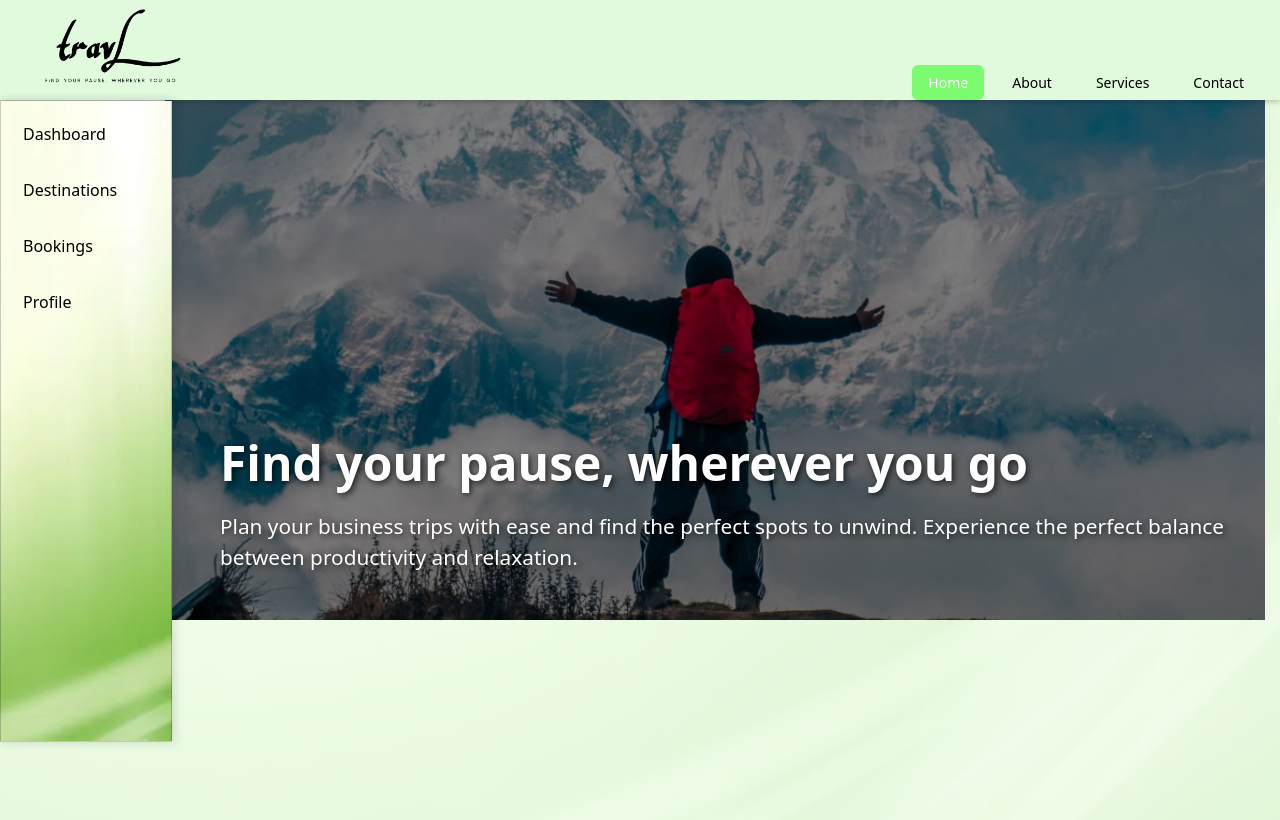
Repository: Nakib-Arman/Javafest25---travL
Page: / (app in Frontend/)
These files come from the project's save history. The page is drawn as it stood at one moment and after the next save; the edit follows.
The browser window is 1280 px wide. The pictures show the whole page.
The pointer rests on the first visible `.nav-buttons button`.
Pictures or frames that could not be fetched are drawn as grey boxes. The project was rebuilt for these pictures with package versions that can differ from the ones it lists, and the page was loaded fresh each time. Also part of the build but not shown: Frontend/vite.config.js.

Above is the page before, as saved 2025-08-13 12:37:26.

### Frontend/src/App.jsx
import { useState } from 'react'

import Home from './Components/Home'

function App() {
  const [count, setCount] = useState(0)

  return (
    <div>
      <Home/>
    </div>
  )
}

export default App

### Frontend/src/Components/Home.jsx
import React, { useState, useEffect } from 'react';
import '../CSS/Home.css';
import Topbar from './Topbar';
import Sidebar from './Sidebar';

import img1 from '../assets/travel1.jpg';
import img2 from '../assets/travel2.jpg';
import img3 from '../assets/travel3.jpg';
import logo from '../assets/Logo1.png';  // adjust the path as needed


export default function Home() {
  const images = [img1, img2, img3];
  const [currentIndex, setCurrentIndex] = useState(0);

  useEffect(() => {
    const timer = setInterval(() => {
      setCurrentIndex((prev) => (prev + 1) % images.length);
    }, 8000);
    return () => clearInterval(timer);
  }, [images.length]);

  return (
    <div className="home-container">
      <Topbar />
      <Sidebar />

      <div className="slideshow-container">
        <div
          className="slide-track"
          style={{ transform: `translateX(-${currentIndex * 100}%)` }}
        >
          {images.map((src, idx) => (
            <img key={idx} src={src} alt={`Slide ${idx}`} className="slide-image" />
          ))}
        </div>

        <div className="overlay-text">
          <h1>Find your pause, wherever you go</h1>
          <p>Plan your business trips with ease and find the perfect spots to unwind.
          Experience the perfect balance between productivity and relaxation.</p>
        </div>
      </div>
    </div>
  );
}

### Frontend/src/CSS/Home.css
.home-container {
    margin: 0;
    padding: 0;

    height: 100vh;
    width: 100vw;

    background-image: url('../assets/background2.jpg');
    background-position: center;
    background-repeat: no-repeat;
    background-size: cover;

    position: relative;
    color: black;
}


.home-container::before {
    content: '';
    position: absolute;
    top: 0;
    left: 0;
    right: 0;
    bottom: 0;
    background: rgba(241, 255, 238, 0.9);
    z-index: 1;
    pointer-events: none;
}



/* Slideshow adjusted to leave space for navbars */
.slideshow-container {
    position: relative;
    margin-top: 100px;
    /* space for topbar */
    margin-left: 165px;
    /* space for sidebar */
    width: calc(100% - 180px);
    height: calc(100% - 200px);
    /* 60% of viewport height */
    overflow: hidden;
    background-color: black;
    /* fallback */
    z-index: 2;
}

.slide-track {
    display: flex;
    transition: transform 0.8s ease-in-out;
    height: 100%;
}

.slide-image {
    min-width: 100%;
    height: 100%;
    object-fit: cover;
    opacity: 0.5;
}

/* Text overlay on slideshow */
.overlay-text {
    position: absolute;
    bottom: 5%;
    left: 5%;
    transform: none;
    text-align: left;
    color: white;
    text-shadow: 2px 2px 6px rgba(0, 0, 0, 0.7);
    z-index: 2;
}

.overlay-text h1 {
    font-size: 3rem;
    margin-bottom: 10px;
}

.overlay-text p {
    font-size: 1.3rem;
}

### Frontend/src/Components/Topbar.jsx
// src/components/Topbar.js
import React from 'react';
import '../CSS/Topbar.css';

export default function Topbar() {
  return (
    <nav className="topbar">
      <a className="logo-link" href="/"></a>

      <div className="nav-buttons">
        <button>Home</button>
        <button>About</button>
        <button>Services</button>
        <button>Contact</button>
      </div>
    </nav>
  );
}

### Frontend/src/Components/Sidebar.jsx
// src/components/Sidebar.js
import React from 'react';
import '../CSS/Sidebar.css';

export default function Sidebar() {
  return (
    <div className="sidebar">
      <button>Dashboard</button>
      <button>Destinations</button>
      <button>Bookings</button>
      <button>Profile</button>
    </div>
  );
}

### Frontend/src/CSS/Topbar.css
.topbar {
    position: fixed;
    top: 0;
    left: 0;
    right: 0;
    height: 100px;
    background-color: #e1fade;
    display: flex;
    justify-content: space-between;
    align-items: flex-end;
    padding: 0 20px;
    box-shadow: 0 2px 5px rgba(0,0,0,0.2);
    z-index: 1000;
  }

  /* Logo */
  .logo-link {
    display: inline-block;
    height: 100px;   /* make bigger if needed */
    width: 180px;
    background-image: url('../assets/Logo1.png');
    background-size: contain;
    background-repeat: no-repeat;
    background-position: center;
  }

  /* Navigation buttons container */
  .nav-buttons {
    display: flex;
    gap: 12px;
  }

  /* Button styling */
  .nav-buttons button {
    background-color: transparent;
    color: black;
    border: none;
    padding: 8px 16px;
    border-radius: 6px;
    font-size: 14px;
    font-weight: 500;
    cursor: pointer;
    transition: background-color 0.3s ease;
  }

  .nav-buttons button:hover {
    background-color: #7afc6e;
    color: white;
  }

### Frontend/src/CSS/Sidebar.css
.sidebar {
  position: fixed;
  top: 100px;
  /* below topbar height */
  left: 0;
  width: 150px;
  height: calc(100vh - 100px);
  /* background-color: ; */
  background-image: url('../assets/background2.jpg');
    background-position: center;
    background-repeat: no-repeat;
    background-size: cover;
  display: flex;
  flex-direction: column;
  padding: 10px;
  gap: 10px;
  z-index: 1000;

  /* Border + shadow */
  border: 1px solid rgba(0, 0, 0, 0.2);
  box-shadow: 2px 0 10px rgba(0, 0, 0, 0.15);
}


.sidebar button {
  background-color: transparent;
  color: black;
  border: none;
  padding: 12px;
  text-align: left;
  border-radius: 4px;
  cursor: pointer;
  transition: background-color 0.3s ease;
}

.sidebar button:hover {
  background-color: #666;
}

Loaded but not shown: Frontend/index.html (common file); Frontend/src/main.jsx (common file); Frontend/src/index.css (common file)

After the next save:
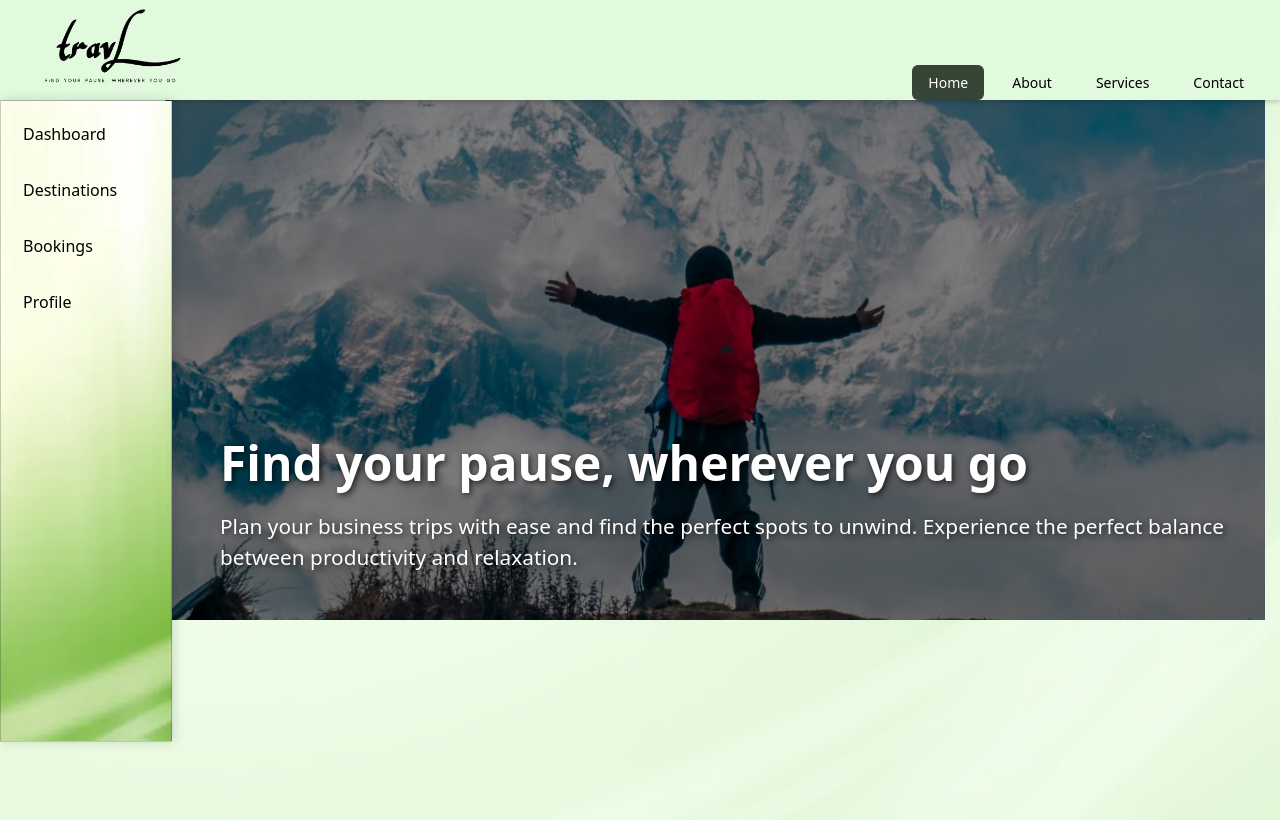
Saved 17 s later.
--- a/Frontend/src/CSS/Topbar.css
+++ b/Frontend/src/CSS/Topbar.css
@@ -44,6 +44,6 @@
   }
 
   .nav-buttons button:hover {
-    background-color: #7afc6e;
+    background-color: #354434;
     color: white;
   }
